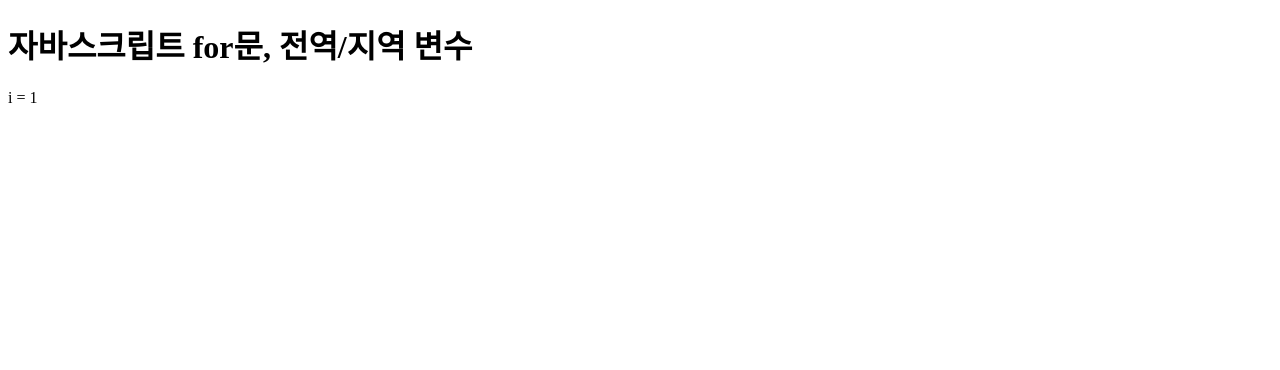
Repository: XenosJM/WEB_CODES
Page: Web03_JavaScript/src/main/webapp/07_for.html
An editor plug-in stored every save of this project. The page is shown before and after the next save, followed by the edit.
The browser window is 1280 px wide. The pictures show the whole page.

Above is the page before, as saved 2024-03-20 07:03:42.

### Web03_JavaScript/src/main/webapp/07_for.html
<!DOCTYPE html>
<html>
<head>
<meta charset="UTF-8">
<title>For</title>

</head>
<body>
	<h1>자바스크립트 for문, 전역/지역 변수</h1>
	<div id ="output"></div>
	<script type="text/javascript">

		// * 자바스크립트의 전역 변수, 지역 변수 선언
		// - 자바스크립트의 전역 변수(Gloval Variable)
		//   <script> 태그 아래에 선언된 변수
		//	 선언된 위치와 상관없이 변수를 사용할 수 있음
		//	 주의) 전역 변수의 사용보다는 함수 내에서
		//		 지역 변수로 선언하여 사용하는 것이 안전

		// - 자바스크립트의 지역 변수(Local Variable) :
		// 함수(function) 내부에서 선언된 변수

		let output = document.getElementById('output');

		let i = 1;
		output.innerHTML += 'i = ' + i + '<br>';

	</script>

</body>
</html>

After the next save:
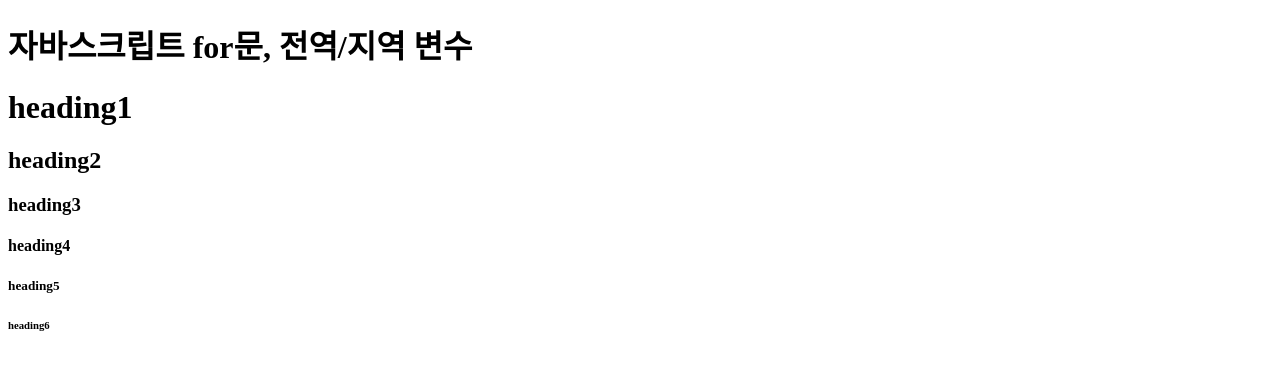
Saved 3 min 18 s later.
--- a/Web03_JavaScript/src/main/webapp/07_for.html
+++ b/Web03_JavaScript/src/main/webapp/07_for.html
@@ -22,8 +22,15 @@
 
 		let output = document.getElementById('output');
 
-		let i = 1;
-		output.innerHTML += 'i = ' + i + '<br>';
+		// output.innerHTML += 'i = ' + i + '<br>';
+		// let i = 1;
+
+		// 자바스크립트의 반복문
+		// - 자바 문법과 동일
+		for(let x = 1; x <= 6; x++){
+			output.innerHTML
+			+= '<h' + x + '> heading' + x + '</h' + x + '>';
+		}
 
 	</script>
 
